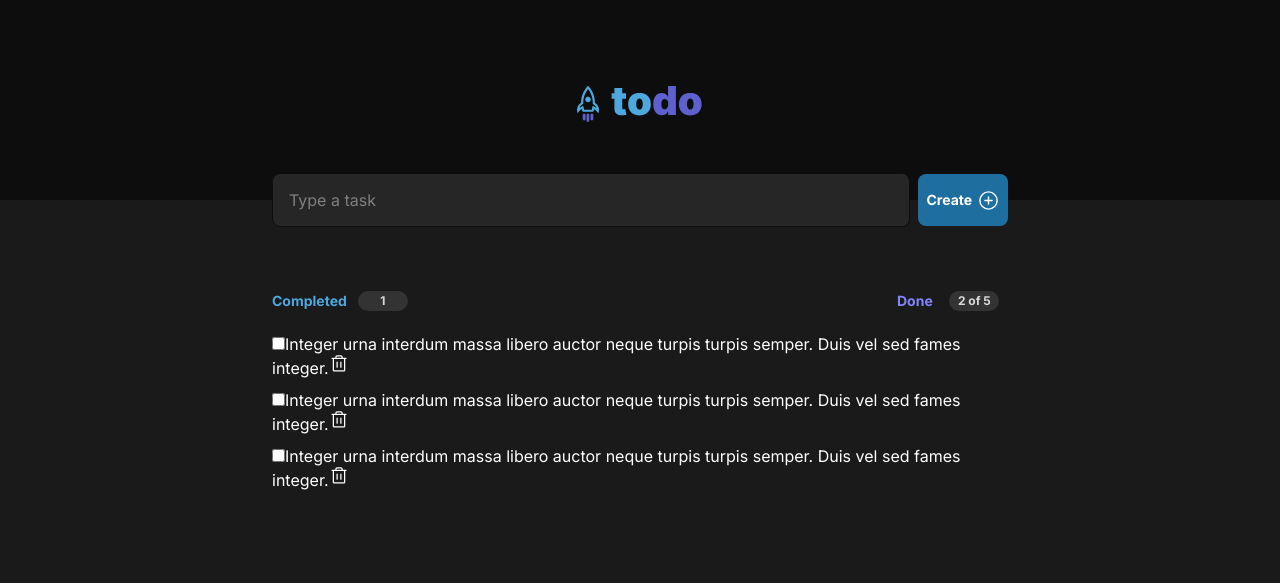
Repository: JoseGu1llardi/to-do-list-D01
Page: /
These files come from the project's save history. The page is drawn as it stood at one moment and after the next save; the edit follows.
The browser window is 1280 px wide. The pictures show the whole page.
The project was rebuilt for these pictures with package versions that can differ from the ones it lists, and the page was loaded fresh each time. Also part of the build but not shown: vite.config.ts, src/components/Task/styles.module.css.

Above is the page before, as saved 2023-03-11 21:13:14.

### index.html
<!DOCTYPE html>
<html lang="en">
  <head>
    <meta charset="UTF-8" />

    <link rel="preconnect" href="https://fonts.googleapis.com" />
    <link rel="preconnect" href="https://fonts.gstatic.com" crossorigin />

    <link
      href="https://fonts.googleapis.com/css2?family=Inter:wght@400;700&display=swap"
      rel="stylesheet"
    />

    <link rel="icon" type="image/svg+xml" href="/vite.svg" />
    <meta name="viewport" content="width=device-width, initial-scale=1.0" />
    <title>Vite + React + TS</title>
  </head>
  <body>
    <div id="root"></div>
    <script type="module" src="/src/main.tsx"></script>
  </body>
</html>

### src/App.tsx
import { Header } from "./components/Header"

import styles from './App.module.css';

import "./global.css"
import { Input } from "./components/Input";
import { Button } from "./components/Button";
import { TasksList } from "./components/TasksList";

function App() {
  return (
    <>
      <Header />

      <div className={styles.newTaskContainer}>
        <Input />
        <Button />
      </div>

      <div className={styles.tasksContainer}>
        <TasksList />
      </div>
    </>
  )
}

export default App

### src/components/Header/index.tsx
import Logo from '../../assets/Logo (1).svg'

import styles from './styles.module.css';

export function Header() {
    return (
        <header className={styles.container}>
            <img src={Logo} />
        </header>
    )
}

### src/App.module.css
.newTaskContainer {
  display: flex;
  flex-direction: row;
  align-items: center;
  padding: 0px;
  gap: 8px;

  position: absolute;
  width: 46rem;
  height: 3.375rem;
  left: calc(50% - 736px / 2);
  top: 10.8125rem;
}

.tasksContainer {
  display: flex;
  flex-direction: column;
  align-items: flex-start;
  padding: 0px;
  gap: 24px;

  position: absolute;
  width: 736px;
  height: 287px;
  left: calc(50% - 736px / 2);
  top: 291px;
}

### src/global.css
:root {
  // Base
  --gray-100: #f2f2f2;
  --gray-200: #d9d9d9;
  --gray-300: #808080;
  --gray-400: #333333;
  --gray-500: #262626;
  --gray-600: #1a1a1a;
  --gray-700: #0d0d0d;

  --danger: #e25858;

  // Product
  --purple: #8284fa;
  --dark-purple: #5e60ce;
  --blue: #4ea8de;
  --dark-blue: #1e6f9f;
}

:focus {
  outline: transparent;
  box-shadow: 0 0 0 2px var(--dark-purple);
}

* {
  margin: 0;
  padding: 0;
  box-sizing: border-box;
}

body {
  color: #fff;
  background: var(--gray-600);

  width: 100%;
  height: 100%;
  max-height: 1024px;
  position: relative;
}

body,
input,
textarea,
button {
  font-family: "Inter", sans-serif;
  font-weight: 400;
  font-size: 1rem;
}

### src/components/Input/index.tsx
import styles from './styles.module.css';

export function Input() {
    return (
        <input
            type="text"
            className={styles.input}
            placeholder='Type a task'
        />
    )
}

### src/components/Button/index.tsx
import { PlusCircle } from '@phosphor-icons/react'

import styles from './styles.module.css';

export function Button() {
    return (
        <button className={styles.button}>
            <span>Create</span>
            <PlusCircle size={23} />
        </button>
    )
}

### src/components/TasksList/index.tsx
import Clipboard from '../../assets/Clipboard.svg';
import { Task } from '../Task';

import styles from './styles.module.css';

export function TasksList() {
    return (
        <>
            <section className={styles.info}>

                <div className={styles.created}>
                    <span>Completed</span>
                    <div className={styles.counterCreated}>
                        <p>1</p>
                    </div>
                </div>

                <div className={styles.done}>
                    <span>Done</span>
                    <div className={styles.doneCreated}>
                        <span>2 of 5</span>
                    </div>
                </div>

            </section>

            {/* <section className={styles.tasks}>
                <img src={Clipboard} alt="" />
                <strong>You don't have tasks registered yet!</strong>
                <span>Create tasks and organize your to-do list</span>
            </section> */}

            <section className={styles.list}>
                <Task />
                <Task />
                <Task />
            </section>
        </>
    )
}

### src/components/Header/styles.module.css
.container {
  position: absolute;
  height: 12.5rem;
  max-width: 100%;
  left: 0;
  right: 0;
  top: 0;

  display: flex;
  align-items: center;
  justify-content: center;

  background: var(--gray-700);
}

.container img {
  position: absolute;
  width: 7.875rem;
  height: 3rem;
}

### src/components/Input/styles.module.css
.input {
  box-sizing: border-box;

  display: flex;
  flex-direction: row;
  align-items: center;
  padding: 16px;
  gap: 8px;

  width: 638px;
  height: 54px;

  background: var(--gray-500);
  color: #fff;

  border: 1px solid var(--gray-700);
  border-radius: 8px;

  flex: none;
  order: 0;
  flex-grow: 1;
}

.input::placeholder {
  color: var(--gray-300);
}

### src/components/Button/styles.module.css
.button {
  width: 90px;
  height: 52px;

  display: flex;
  flex-direction: row;
  align-items: center;
  justify-content: center;
  gap: 16px;

  border: 0;
  border-radius: 8px;

  background: var(--dark-blue);
  color: white;

  cursor: pointer;

  transition: filter 0.2s;
}

.button span {
  width: 34px;
  height: 20px;

  font-weight: 700;
  font-size: 14px;
  line-height: 140%;

  color: var(--gray-100);

  flex: none;
  order: 0;
  flex-grow: 0;
}

.button img {
  width: 16px;
  height: 16px;

  flex: none;
  order: 1;
  flex-grow: 0;
}

.button:hover {
  background: var(--blue);
  filter: brightness(0.8);
}

### src/components/Task/index.tsx
import { Trash } from '@phosphor-icons/react'

import styles from './styles.module.css';

export function Task() {
    return (
        <section className={styles.task}>
            <input type="checkbox" />
            <span>Integer urna interdum massa libero auctor neque turpis turpis semper. Duis vel sed fames integer.</span>
            <Trash size={20} />
        </section>
    )
}

### src/components/TasksList/styles.module.css
.info {
  display: flex;
  flex-direction: row;
  justify-content: space-between;
  align-items: flex-end;
  padding: 0px;

  width: 736px;
  height: 19px;

  flex: none;
  order: 0;
  align-self: stretch;
  flex-grow: 0;
}

.created {
  display: flex;
  flex-direction: row;
  align-items: center;
  padding: 0px;
  gap: 8px;

  width: 139px;
  height: 19px;

  order: 0;
  flex-grow: 0;
}

.created span {
  font-family: "Inter";
  font-style: normal;
  font-weight: 700;
  font-size: 14px;
  line-height: 17px;

  color: var(--blue);

  flex: none;
  order: 0;
  flex-grow: 0;
}

.counterCreated {
  display: flex;
  flex-direction: row;
  justify-content: center;
  align-items: center;
  padding: 2px 8px;
  gap: 10px;
  margin: 0 auto;

  width: 50px;
  height: 20px;

  background: #333333;
  border-radius: 999px;

  order: 1;
  flex-grow: 0;
}

.counterCreated p {
  display: flex;
  flex-direction: row;
  font-style: normal;
  font-weight: 700;
  font-size: 12px;
  line-height: 15px;

  color: var(--gray-200);
}

.done {
  display: flex;
  box-sizing: border-box;
  flex-direction: row;
  align-items: center;
  padding: 0px;
  gap: 8px;

  width: 111px;
  height: 19px;

  order: 1;
  flex-grow: 0;
}

.done span {
  font-family: "Inter";
  font-style: normal;
  font-weight: 700;
  font-size: 14px;
  line-height: 17px;

  color: #8284fa;

  flex: none;
  order: 0;
  flex-grow: 0;
}

.doneCreated {
  display: flex;
  flex-direction: row;
  justify-content: center;
  box-sizing: border-box;
  align-items: center;
  padding: 2px 8px;
  gap: 10px;
  margin: 0 auto;

  width: 50px;
  height: 20px;

  background: #333333;
  border-radius: 999px;

  order: 1;
  flex-grow: 0;
}

.doneCreated span {
  display: flex;
  flex-direction: row;
  font-style: normal;
  font-weight: 700;
  font-size: 12px;
  line-height: 15px;

  color: var(--gray-200);
}

.tasks {
  box-sizing: border-box;

  display: flex;
  flex-direction: column;
  justify-content: center;
  align-items: center;
  padding: 64px 24px;
  gap: 16px;

  width: 736px;
  height: 244px;

  border-top: 1px solid #333333;
  border-radius: 8px;

  flex: none;
  order: 1;
  align-self: stretch;
  flex-grow: 0;
}

.tasks img {
  width: 56px;
  height: 56px;

  flex: none;
  order: 0;
  flex-grow: 0;
}

.tasks strong {
  display: block;
  font-style: normal;
  font-weight: 700;
  font-size: 16px;

  text-align: center;

  color: var(--gray-300);

  flex: none;
  align-self: stretch;
  flex-grow: 0;
}

.tasks span {
  font-style: normal;
  font-weight: 300;
  font-size: 16px;

  color: var(--gray-300);
}

.list {
  display: flex;
  flex-direction: column;
  align-items: flex-start;
  padding: 0px;
  gap: 12px;

  width: 736px;
  height: 382px;

  /* Inside auto layout */

  flex: none;
  order: 1;
  flex-grow: 0;
}

Loaded but not shown: src/main.tsx (common file)

After the next save:
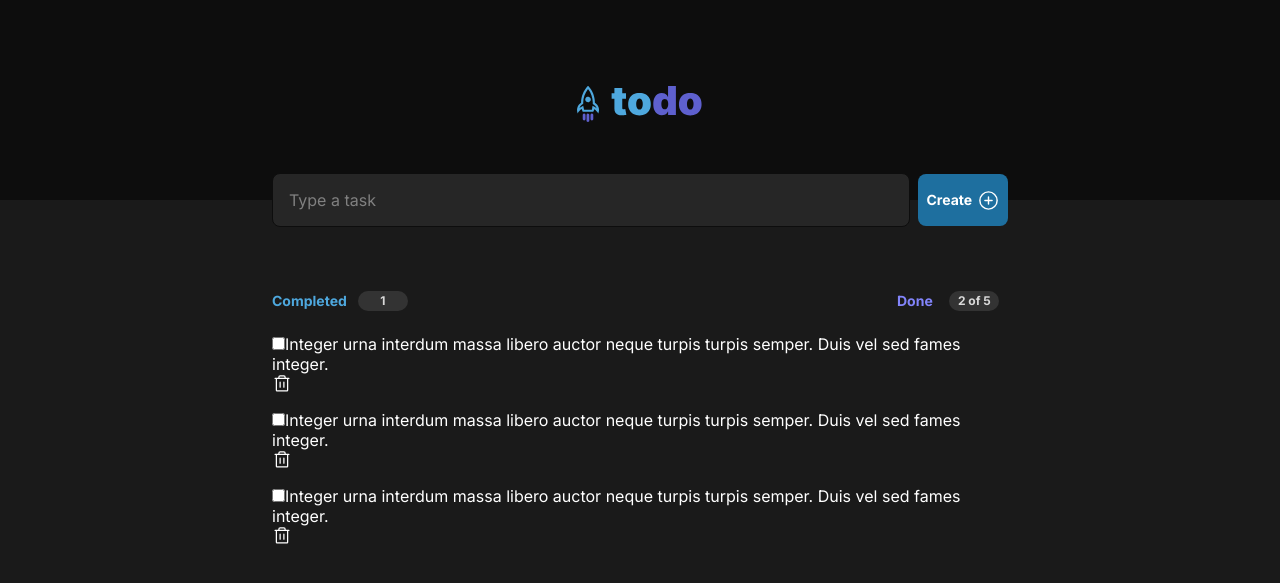
Saved 72 s later.
--- a/src/components/Task/index.tsx
+++ b/src/components/Task/index.tsx
@@ -7,7 +7,9 @@ export function Task() {
         <section className={styles.task}>
             <input type="checkbox" />
             <span>Integer urna interdum massa libero auctor neque turpis turpis semper. Duis vel sed fames integer.</span>
-            <Trash size={20} />
+            <div>
+                <Trash size={20} />
+            </div>
         </section>
     )
 }
